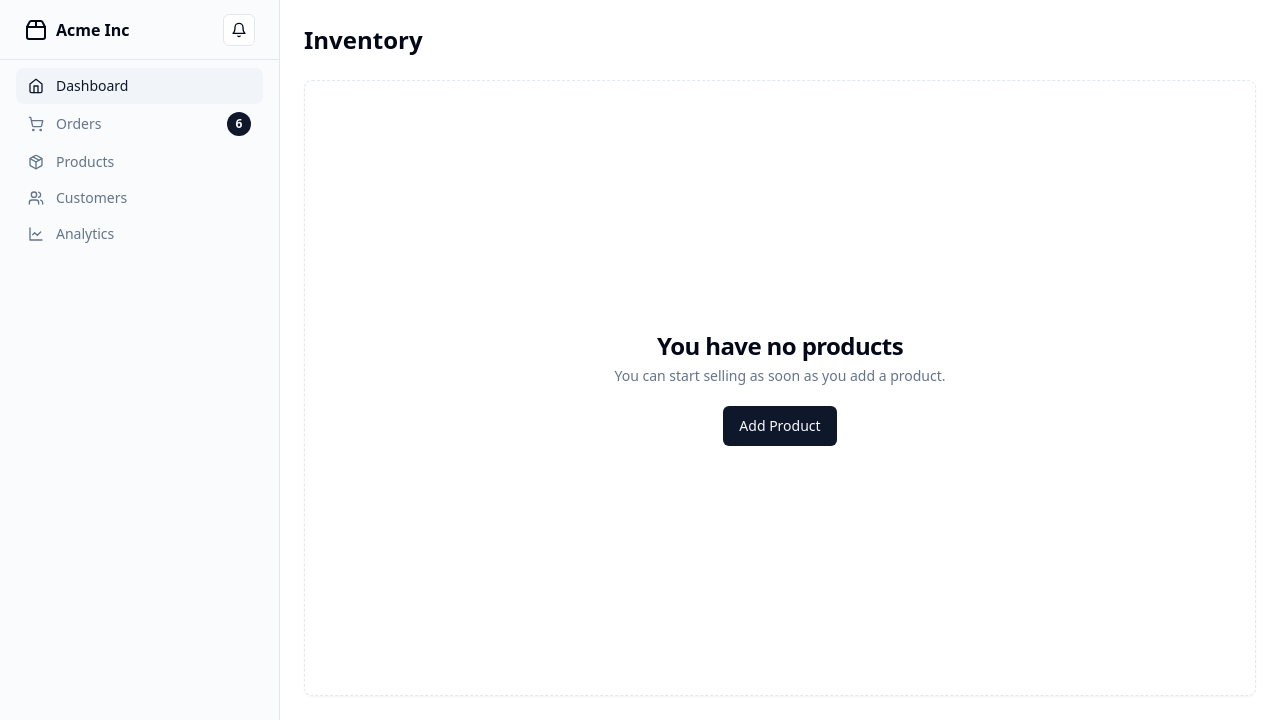
Repository: ifeanyidavid/yabta
Page: /dashboard (app in frontend/)
These files come from the project's save history. The page is drawn as it stood at one moment and after a run of saves; the edit follows.
The browser window is 1280 px wide. The pictures show the whole page.
The project was rebuilt for these pictures with package versions that can differ from the ones it lists, and the page was loaded fresh each time. Also part of the build but not shown: frontend/vite.config.ts, frontend/src/components/ui/card.tsx, frontend/src/components/ui/label.tsx, frontend/src/components/ui/input.tsx, frontend/src/components/auth/login-form.tsx, frontend/src/pages/Login/index.tsx, frontend/src/routes/root.tsx, frontend/src/routes/error-page.tsx and 6 more.

Above is the page before, as saved 2024-07-13 04:03:37.

### frontend/src/main.tsx
import React from "react";
import ReactDOM from "react-dom/client";
import { createBrowserRouter, RouterProvider } from "react-router-dom";
import "@/styles/global.css";
import Root from "@/routes/root";
import ErrorPage from "@/routes/error-page";
import { Dashboard as DashboardRoute } from "@/routes/dashboard";
import { Register as RegisterRoute } from "@/routes/register";
import { ForgotPassword as ForgotPasswordRoute } from "@/routes/forgot-password";

const router = createBrowserRouter([
  {
    path: "/",
    element: <Root />,
    errorElement: <ErrorPage />,
  },
  {
    path: "/register",
    element: <RegisterRoute />,
    errorElement: <ErrorPage />,
  },
  {
    path: "/forgot-password",
    element: <ForgotPasswordRoute />,
    errorElement: <ErrorPage />,
  },
  {
    path: "/dashboard",
    element: <DashboardRoute />,
    errorElement: <ErrorPage />,
  },
]);

ReactDOM.createRoot(document.getElementById("root")!).render(
  <React.StrictMode>
    <RouterProvider router={router} />
  </React.StrictMode>
);

### frontend/src/styles/global.css
@tailwind base;
  @tailwind components;
  @tailwind utilities;

  @layer base {
    :root {
      --background: 0 0% 100%;
      --foreground: 222.2 84% 4.9%;
      --card: 0 0% 100%;
      --card-foreground: 222.2 84% 4.9%;
      --popover: 0 0% 100%;
      --popover-foreground: 222.2 84% 4.9%;
      --primary: 222.2 47.4% 11.2%;
      --primary-foreground: 210 40% 98%;
      --secondary: 210 40% 96.1%;
      --secondary-foreground: 222.2 47.4% 11.2%;
      --muted: 210 40% 96.1%;
      --muted-foreground: 215.4 16.3% 46.9%;
      --accent: 210 40% 96.1%;
      --accent-foreground: 222.2 47.4% 11.2%;
      --destructive: 0 84.2% 60.2%;
      --destructive-foreground: 210 40% 98%;
      --border: 214.3 31.8% 91.4%;
      --input: 214.3 31.8% 91.4%;
      --ring: 222.2 84% 4.9%;
      --radius: 0.5rem;
      --chart-1: 12 76% 61%;
      --chart-2: 173 58% 39%;
      --chart-3: 197 37% 24%;
      --chart-4: 43 74% 66%;
      --chart-5: 27 87% 67%;
    }

    .dark {
      --background: 222.2 84% 4.9%;
      --foreground: 210 40% 98%;
      --card: 222.2 84% 4.9%;
      --card-foreground: 210 40% 98%;
      --popover: 222.2 84% 4.9%;
      --popover-foreground: 210 40% 98%;
      --primary: 210 40% 98%;
      --primary-foreground: 222.2 47.4% 11.2%;
      --secondary: 217.2 32.6% 17.5%;
      --secondary-foreground: 210 40% 98%;
      --muted: 217.2 32.6% 17.5%;
      --muted-foreground: 215 20.2% 65.1%;
      --accent: 217.2 32.6% 17.5%;
      --accent-foreground: 210 40% 98%;
      --destructive: 0 62.8% 30.6%;
      --destructive-foreground: 210 40% 98%;
      --border: 217.2 32.6% 17.5%;
      --input: 217.2 32.6% 17.5%;
      --ring: 212.7 26.8% 83.9%;
      --chart-1: 220 70% 50%;
      --chart-2: 160 60% 45%;
      --chart-3: 30 80% 55%;
      --chart-4: 280 65% 60%;
      --chart-5: 340 75% 55%;
    }
  }

  @layer base {
    * {
      @apply border-border;
    }
    body {
      @apply bg-background text-foreground;
    }
  }

### frontend/src/routes/dashboard.tsx
import React from "react";
import { Dashboard as DashboardPage } from "@/pages/Dashboard";

export const Dashboard: React.FC = () => {
  return <DashboardPage />;
};

### frontend/src/pages/Dashboard/index.tsx
import { NavLink, navigate, useNavigate } from "react-router-dom";
import { Button } from "@/components/ui/button";
import { Badge } from "@/components/ui/badge";
import {
  Card,
  CardHeader,
  CardTitle,
  CardDescription,
  CardContent,
} from "@/components/ui/card";
import { Sheet, SheetTrigger, SheetContent } from "@/components/ui/sheet";
import { Input } from "@/components/ui/input";
import {
  DropdownMenu,
  DropdownMenuTrigger,
  DropdownMenuContent,
  DropdownMenuLabel,
  DropdownMenuSeparator,
  DropdownMenuItem,
} from "@/components/ui/dropdown-menu";

const Sidebar: React.FC = () => {
  return (
    <div className="flex h-full max-h-screen flex-col gap-2">
      <div className="flex h-14 items-center border-b px-4 lg:h-[60px] lg:px-6">
        <NavLink to="#" className="flex items-center gap-2 font-semibold">
          <Package2Icon className="h-6 w-6" />
          <span className="">Acme Inc</span>
        </NavLink>
        <Button variant="outline" size="icon" className="ml-auto h-8 w-8">
          <BellIcon className="h-4 w-4" />
          <span className="sr-only">Toggle notifications</span>
        </Button>
      </div>
      <div className="flex-1">
        <nav className="grid items-start px-2 text-sm font-medium lg:px-4">
          <NavLink
            to="#"
            className="flex items-center gap-3 rounded-lg bg-muted px-3 py-2 text-primary transition-all hover:text-primary"
          >
            <HomeIcon className="h-4 w-4" />
            Dashboard
          </NavLink>
          <NavLink
            to="#"
            className="flex items-center gap-3 rounded-lg px-3 py-2 text-muted-foreground transition-all hover:text-primary"
          >
            <ShoppingCartIcon className="h-4 w-4" />
            Orders
            <Badge className="ml-auto flex h-6 w-6 shrink-0 items-center justify-center rounded-full">
              6
            </Badge>
          </NavLink>
          <NavLink
            to="#"
            className="flex items-center gap-3 rounded-lg px-3 py-2 text-muted-foreground transition-all hover:text-primary"
          >
            <PackageIcon className="h-4 w-4" />
            Products{" "}
          </NavLink>
          <NavLink
            to="#"
            className="flex items-center gap-3 rounded-lg px-3 py-2 text-muted-foreground transition-all hover:text-primary"
          >
            <UsersIcon className="h-4 w-4" />
            Customers
          </NavLink>
          <NavLink
            to="#"
            className="flex items-center gap-3 rounded-lg px-3 py-2 text-muted-foreground transition-all hover:text-primary"
          >
            <LineChartIcon className="h-4 w-4" />
            Analytics
          </NavLink>
        </nav>
      </div>
    </div>
  );
};

const SidebarMobile: React.FC = () => {
  return (
    <Sheet>
      <SheetTrigger asChild>
        <Button variant="outline" size="icon" className="shrink-0 md:hidden">
          <MenuIcon className="h-5 w-5" />
          <span className="sr-only">Toggle navigation menu</span>
        </Button>
      </SheetTrigger>
      <SheetContent side="left" className="flex flex-col">
        <nav className="grid gap-2 text-lg font-medium">
          <NavLink
            to="#"
            className="flex items-center gap-2 text-lg font-semibold"
          >
            <Package2Icon className="h-6 w-6" />
            <span className="sr-only">Acme Inc</span>
          </NavLink>
          <NavLink
            to="#"
            className="mx-[-0.65rem] flex items-center gap-4 rounded-xl px-3 py-2 text-muted-foreground hover:text-foreground"
          >
            <HomeIcon className="h-5 w-5" />
            Dashboard
          </NavLink>
          <NavLink
            to="#"
            className="mx-[-0.65rem] flex items-center gap-4 rounded-xl bg-muted px-3 py-2 text-foreground hover:text-foreground"
          >
            <ShoppingCartIcon className="h-5 w-5" />
            Orders
            <Badge className="ml-auto flex h-6 w-6 shrink-0 items-center justify-center rounded-full">
              6
            </Badge>
          </NavLink>
          <NavLink
            to="#"
            className="mx-[-0.65rem] flex items-center gap-4 rounded-xl px-3 py-2 text-muted-foreground hover:text-foreground"
          >
            <PackageIcon className="h-5 w-5" />
            Products
          </NavLink>
          <NavLink
            to="#"
            className="mx-[-0.65rem] flex items-center gap-4 rounded-xl px-3 py-2 text-muted-foreground hover:text-foreground"
          >
            <UsersIcon className="h-5 w-5" />
            Customers
          </NavLink>
          <NavLink
            to="#"
            className="mx-[-0.65rem] flex items-center gap-4 rounded-xl px-3 py-2 text-muted-foreground hover:text-foreground"
          >
            <LineChartIcon className="h-5 w-5" />
            Analytics
          </NavLink>
        </nav>
        <div className="mt-auto">
          <Card>
            <CardHeader>
              <CardTitle>Upgrade to Pro</CardTitle>
              <CardDescription>
                Unlock all features and get unlimited access to our support
                team.
              </CardDescription>
            </CardHeader>
            <CardContent>
              <Button size="sm" className="w-full">
                Upgrade
              </Button>
            </CardContent>
          </Card>
        </div>
      </SheetContent>
    </Sheet>
  );
};

export const Dashboard: React.FC = () => {
  const navigate = useNavigate();
  return (
    <div className="grid min-h-screen w-full md:grid-cols-[220px_1fr] lg:grid-cols-[280px_1fr]">
      <div className="hidden border-r bg-muted/40 md:block">
        <Sidebar />
      </div>
      <div className="flex flex-col">

        <main className="flex flex-1 flex-col gap-4 p-4 lg:gap-6 lg:p-6">
          <div className="flex items-center">
            <h1 className="text-lg font-semibold md:text-2xl">Inventory</h1>
          </div>
          <div
            className="flex flex-1 items-center justify-center rounded-lg border border-dashed shadow-sm"
            x-chunk="dashboard-02-chunk-1"
          >
            <div className="flex flex-col items-center gap-1 text-center">
              <h3 className="text-2xl font-bold tracking-tight">
                You have no products
              </h3>
              <p className="text-sm text-muted-foreground">
                You can start selling as soon as you add a product.
              </p>
              <Button className="mt-4">Add Product</Button>
            </div>
          </div>
        </main>
      </div>
    </div>
  );
};

function BellIcon(props) {
  return (
    <svg
      {...props}
      xmlns="http://www.w3.org/2000/svg"
      width="24"
      height="24"
      viewBox="0 0 24 24"
      fill="none"
      stroke="currentColor"
      strokeWidth="2"
      strokeLinecap="round"
      strokeLinejoin="round"
    >
      <path d="M6 8a6 6 0 0 1 12 0c0 7 3 9 3 9H3s3-2 3-9" />
      <path d="M10.3 21a1.94 1.94 0 0 0 3.4 0" />
    </svg>
  );
}

function CircleUserIcon(props) {
  return (
    <svg
      {...props}
      xmlns="http://www.w3.org/2000/svg"
      width="24"
      height="24"
      viewBox="0 0 24 24"
      fill="none"
      stroke="currentColor"
      strokeWidth="2"
      strokeLinecap="round"
      strokeLinejoin="round"
    >
      <circle cx="12" cy="12" r="10" />
      <circle cx="12" cy="10" r="3" />
      <path d="M7 20.662V19a2 2 0 0 1 2-2h6a2 2 0 0 1 2 2v1.662" />
    </svg>
  );
}

function HomeIcon(props) {
  return (
    <svg
      {...props}
      xmlns="http://www.w3.org/2000/svg"
      width="24"
      height="24"
      viewBox="0 0 24 24"
      fill="none"
      stroke="currentColor"
      strokeWidth="2"
      strokeLinecap="round"
      strokeLinejoin="round"
    >
      <path d="m3 9 9-7 9 7v11a2 2 0 0 1-2 2H5a2 2 0 0 1-2-2z" />
      <polyline points="9 22 9 12 15 12 15 22" />
    </svg>
  );
}

function LineChartIcon(props) {
  return (
    <svg
      {...props}
      xmlns="http://www.w3.org/2000/svg"
      width="24"
      height="24"
      viewBox="0 0 24 24"
      fill="none"
      stroke="currentColor"
      strokeWidth="2"
      strokeLinecap="round"
      strokeLinejoin="round"
    >
      <path d="M3 3v18h18" />
      <path d="m19 9-5 5-4-4-3 3" />
    </svg>
  );
}

function MenuIcon(props) {
  return (
    <svg
      {...props}
      xmlns="http://www.w3.org/2000/svg"
      width="24"
      height="24"
      viewBox="0 0 24 24"
      fill="none"
      stroke="currentColor"
      strokeWidth="2"
      strokeLinecap="round"
      strokeLinejoin="round"
    >
      <line x1="4" x2="20" y1="12" y2="12" />
      <line x1="4" x2="20" y1="6" y2="6" />
      <line x1="4" x2="20" y1="18" y2="18" />
    </svg>
  );
}

function Package2Icon(props) {
  return (
    <svg
      {...props}
      xmlns="http://www.w3.org/2000/svg"
      width="24"
      height="24"
      viewBox="0 0 24 24"
      fill="none"
      stroke="currentColor"
      strokeWidth="2"
      strokeLinecap="round"
      strokeLinejoin="round"
    >
      <path d="M3 9h18v10a2 2 0 0 1-2 2H5a2 2 0 0 1-2-2V9Z" />
      <path d="m3 9 2.45-4.9A2 2 0 0 1 7.24 3h9.52a2 2 0 0 1 1.8 1.1L21 9" />
      <path d="M12 3v6" />
    </svg>
  );
}

function PackageIcon(props) {
  return (
    <svg
      {...props}
      xmlns="http://www.w3.org/2000/svg"
      width="24"
      height="24"
      viewBox="0 0 24 24"
      fill="none"
      stroke="currentColor"
      strokeWidth="2"
      strokeLinecap="round"
      strokeLinejoin="round"
    >
      <path d="m7.5 4.27 9 5.15" />
      <path d="M21 8a2 2 0 0 0-1-1.73l-7-4a2 2 0 0 0-2 0l-7 4A2 2 0 0 0 3 8v8a2 2 0 0 0 1 1.73l7 4a2 2 0 0 0 2 0l7-4A2 2 0 0 0 21 16Z" />
      <path d="m3.3 7 8.7 5 8.7-5" />
      <path d="M12 22V12" />
    </svg>
  );
}

function SearchIcon(props) {
  return (
    <svg
      {...props}
      xmlns="http://www.w3.org/2000/svg"
      width="24"
      height="24"
      viewBox="0 0 24 24"
      fill="none"
      stroke="currentColor"
      strokeWidth="2"
      strokeLinecap="round"
      strokeLinejoin="round"
    >
      <circle cx="11" cy="11" r="8" />
      <path d="m21 21-4.3-4.3" />
    </svg>
  );
}

function ShoppingCartIcon(props) {
  return (
    <svg
      {...props}
      xmlns="http://www.w3.org/2000/svg"
      width="24"
      height="24"
      viewBox="0 0 24 24"
      fill="none"
      stroke="currentColor"
      strokeWidth="2"
      strokeLinecap="round"
      strokeLinejoin="round"
    >
      <circle cx="8" cy="21" r="1" />
      <circle cx="19" cy="21" r="1" />
      <path d="M2.05 2.05h2l2.66 12.42a2 2 0 0 0 2 1.58h9.78a2 2 0 0 0 1.95-1.57l1.65-7.43H5.12" />
    </svg>
  );
}

function UsersIcon(props) {
  return (
    <svg
      {...props}
      xmlns="http://www.w3.org/2000/svg"
      width="24"
      height="24"
      viewBox="0 0 24 24"
      fill="none"
      stroke="currentColor"
      strokeWidth="2"
      strokeLinecap="round"
      strokeLinejoin="round"
    >
      <path d="M16 21v-2a4 4 0 0 0-4-4H6a4 4 0 0 0-4 4v2" />
      <circle cx="9" cy="7" r="4" />
      <path d="M22 21v-2a4 4 0 0 0-3-3.87" />
      <path d="M16 3.13a4 4 0 0 1 0 7.75" />
    </svg>
  );
}

function XIcon(props) {
  return (
    <svg
      {...props}
      xmlns="http://www.w3.org/2000/svg"
      width="24"
      height="24"
      viewBox="0 0 24 24"
      fill="none"
      stroke="currentColor"
      strokeWidth="2"
      strokeLinecap="round"
      strokeLinejoin="round"
    >
      <path d="M18 6 6 18" />
      <path d="m6 6 12 12" />
    </svg>
  );
}

### frontend/src/components/ui/button.tsx
import * as React from "react"
import { Slot } from "@radix-ui/react-slot"
import { cva, type VariantProps } from "class-variance-authority"

import { cn } from "@/lib/utils"

const buttonVariants = cva(
  "inline-flex items-center justify-center whitespace-nowrap rounded-md text-sm font-medium ring-offset-background transition-colors focus-visible:outline-none focus-visible:ring-2 focus-visible:ring-ring focus-visible:ring-offset-2 disabled:pointer-events-none disabled:opacity-50",
  {
    variants: {
      variant: {
        default: "bg-primary text-primary-foreground hover:bg-primary/90",
        destructive:
          "bg-destructive text-destructive-foreground hover:bg-destructive/90",
        outline:
          "border border-input bg-background hover:bg-accent hover:text-accent-foreground",
        secondary:
          "bg-secondary text-secondary-foreground hover:bg-secondary/80",
        ghost: "hover:bg-accent hover:text-accent-foreground",
        link: "text-primary underline-offset-4 hover:underline",
      },
      size: {
        default: "h-10 px-4 py-2",
        sm: "h-9 rounded-md px-3",
        lg: "h-11 rounded-md px-8",
        icon: "h-10 w-10",
      },
    },
    defaultVariants: {
      variant: "default",
      size: "default",
    },
  }
)

export interface ButtonProps
  extends React.ButtonHTMLAttributes<HTMLButtonElement>,
    VariantProps<typeof buttonVariants> {
  asChild?: boolean
}

const Button = React.forwardRef<HTMLButtonElement, ButtonProps>(
  ({ className, variant, size, asChild = false, ...props }, ref) => {
    const Comp = asChild ? Slot : "button"
    return (
      <Comp
        className={cn(buttonVariants({ variant, size, className }))}
        ref={ref}
        {...props}
      />
    )
  }
)
Button.displayName = "Button"

export { Button, buttonVariants }

### frontend/src/components/ui/badge.tsx
import * as React from "react"
import { cva, type VariantProps } from "class-variance-authority"

import { cn } from "@/lib/utils"

const badgeVariants = cva(
  "inline-flex items-center rounded-full border px-2.5 py-0.5 text-xs font-semibold transition-colors focus:outline-none focus:ring-2 focus:ring-ring focus:ring-offset-2",
  {
    variants: {
      variant: {
        default:
          "border-transparent bg-primary text-primary-foreground hover:bg-primary/80",
        secondary:
          "border-transparent bg-secondary text-secondary-foreground hover:bg-secondary/80",
        destructive:
          "border-transparent bg-destructive text-destructive-foreground hover:bg-destructive/80",
        outline: "text-foreground",
      },
    },
    defaultVariants: {
      variant: "default",
    },
  }
)

export interface BadgeProps
  extends React.HTMLAttributes<HTMLDivElement>,
    VariantProps<typeof badgeVariants> {}

function Badge({ className, variant, ...props }: BadgeProps) {
  return (
    <div className={cn(badgeVariants({ variant }), className)} {...props} />
  )
}

export { Badge, badgeVariants }

### frontend/src/components/ui/sheet.tsx
"use client"

import * as React from "react"
import * as SheetPrimitive from "@radix-ui/react-dialog"
import { cva, type VariantProps } from "class-variance-authority"
import { X } from "lucide-react"

import { cn } from "@/lib/utils"

const Sheet = SheetPrimitive.Root

const SheetTrigger = SheetPrimitive.Trigger

const SheetClose = SheetPrimitive.Close

const SheetPortal = SheetPrimitive.Portal

const SheetOverlay = React.forwardRef<
  React.ElementRef<typeof SheetPrimitive.Overlay>,
  React.ComponentPropsWithoutRef<typeof SheetPrimitive.Overlay>
>(({ className, ...props }, ref) => (
  <SheetPrimitive.Overlay
    className={cn(
      "fixed inset-0 z-50 bg-black/80  data-[state=open]:animate-in data-[state=closed]:animate-out data-[state=closed]:fade-out-0 data-[state=open]:fade-in-0",
      className
    )}
    {...props}
    ref={ref}
  />
))
SheetOverlay.displayName = SheetPrimitive.Overlay.displayName

const sheetVariants = cva(
  "fixed z-50 gap-4 bg-background p-6 shadow-lg transition ease-in-out data-[state=open]:animate-in data-[state=closed]:animate-out data-[state=closed]:duration-300 data-[state=open]:duration-500",
  {
    variants: {
      side: {
        top: "inset-x-0 top-0 border-b data-[state=closed]:slide-out-to-top data-[state=open]:slide-in-from-top",
        bottom:
          "inset-x-0 bottom-0 border-t data-[state=closed]:slide-out-to-bottom data-[state=open]:slide-in-from-bottom",
        left: "inset-y-0 left-0 h-full w-3/4 border-r data-[state=closed]:slide-out-to-left data-[state=open]:slide-in-from-left sm:max-w-sm",
        right:
          "inset-y-0 right-0 h-full w-3/4  border-l data-[state=closed]:slide-out-to-right data-[state=open]:slide-in-from-right sm:max-w-sm",
      },
    },
    defaultVariants: {
      side: "right",
    },
  }
)

interface SheetContentProps
  extends React.ComponentPropsWithoutRef<typeof SheetPrimitive.Content>,
    VariantProps<typeof sheetVariants> {}

const SheetContent = React.forwardRef<
  React.ElementRef<typeof SheetPrimitive.Content>,
  SheetContentProps
>(({ side = "right", className, children, ...props }, ref) => (
  <SheetPortal>
    <SheetOverlay />
    <SheetPrimitive.Content
      ref={ref}
      className={cn(sheetVariants({ side }), className)}
      {...props}
    >
      {children}
      <SheetPrimitive.Close className="absolute right-4 top-4 rounded-sm opacity-70 ring-offset-background transition-opacity hover:opacity-100 focus:outline-none focus:ring-2 focus:ring-ring focus:ring-offset-2 disabled:pointer-events-none data-[state=open]:bg-secondary">
        <X className="h-4 w-4" />
        <span className="sr-only">Close</span>
      </SheetPrimitive.Close>
    </SheetPrimitive.Content>
  </SheetPortal>
))
SheetContent.displayName = SheetPrimitive.Content.displayName

const SheetHeader = ({
  className,
  ...props
}: React.HTMLAttributes<HTMLDivElement>) => (
  <div
    className={cn(
      "flex flex-col space-y-2 text-center sm:text-left",
      className
    )}
    {...props}
  />
)
SheetHeader.displayName = "SheetHeader"

const SheetFooter = ({
  className,
  ...props
}: React.HTMLAttributes<HTMLDivElement>) => (
  <div
    className={cn(
      "flex flex-col-reverse sm:flex-row sm:justify-end sm:space-x-2",
      className
    )}
    {...props}
  />
)
SheetFooter.displayName = "SheetFooter"

const SheetTitle = React.forwardRef<
  React.ElementRef<typeof SheetPrimitive.Title>,
  React.ComponentPropsWithoutRef<typeof SheetPrimitive.Title>
>(({ className, ...props }, ref) => (
  <SheetPrimitive.Title
    ref={ref}
    className={cn("text-lg font-semibold text-foreground", className)}
    {...props}
  />
))
SheetTitle.displayName = SheetPrimitive.Title.displayName

const SheetDescription = React.forwardRef<
  React.ElementRef<typeof SheetPrimitive.Description>,
  React.ComponentPropsWithoutRef<typeof SheetPrimitive.Description>
>(({ className, ...props }, ref) => (
  <SheetPrimitive.Description
    ref={ref}
    className={cn("text-sm text-muted-foreground", className)}
    {...props}
  />
))
SheetDescription.displayName = SheetPrimitive.Description.displayName

export {
  Sheet,
  SheetPortal,
  SheetOverlay,
  SheetTrigger,
  SheetClose,
  SheetContent,
  SheetHeader,
  SheetFooter,
  SheetTitle,
  SheetDescription,
}

Loaded but not shown: frontend/index.html (common file); frontend/src/lib/utils.ts (common file); frontend/tailwind.config.js (common file); frontend/src/components/ui/dropdown-menu.tsx (200 lines, source omitted)

After the next 7 saves:
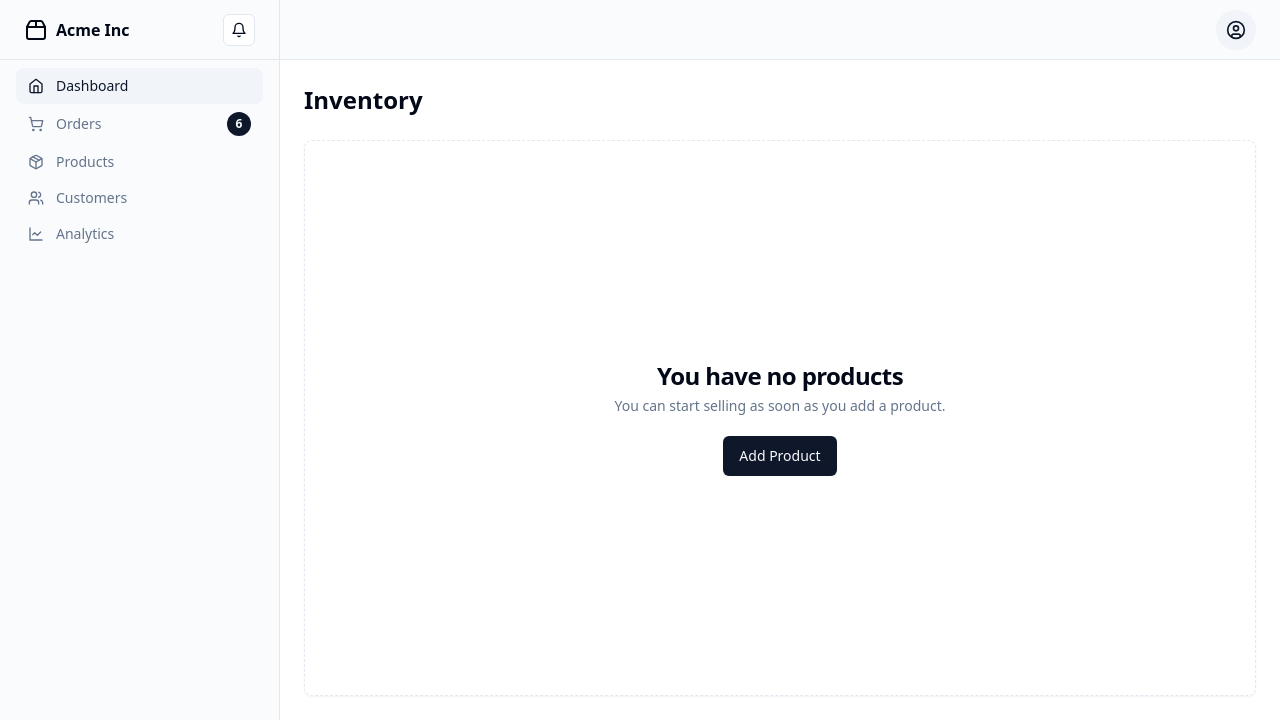
The 7 saves are shown as one change because 1 did not build or start and some came seconds apart.
The last was saved 23 s later.
--- a/frontend/src/pages/Dashboard/index.tsx
+++ b/frontend/src/pages/Dashboard/index.tsx
@@ -156,6 +156,34 @@ const SidebarMobile: React.FC = () => {
   );
 };
 
+const Header: React.FC = () => {
+  return (
+    <header className="flex h-14 items-center gap-4 border-b bg-muted/40 px-4 lg:h-[60px] lg:px-6">
+      <SidebarMobile />
+      <div className="w-full flex justify-end">
+        <DropdownMenu>
+          <DropdownMenuTrigger asChild>
+            <Button variant="secondary" size="icon" className="rounded-full">
+              <CircleUserIcon className="h-5 w-5" />
+              <span className="sr-only">Toggle user menu</span>
+            </Button>
+          </DropdownMenuTrigger>
+          <DropdownMenuContent align="end">
+            <DropdownMenuLabel>My Account</DropdownMenuLabel>
+            <DropdownMenuSeparator />
+            <DropdownMenuItem>Settings</DropdownMenuItem>
+            <DropdownMenuItem>Support</DropdownMenuItem>
+            <DropdownMenuSeparator />
+            <DropdownMenuItem onSelect={() => navigate("/")}>
+              Logout
+            </DropdownMenuItem>
+          </DropdownMenuContent>
+        </DropdownMenu>
+      </div>
+    </header>
+  );
+};
+
 export const Dashboard: React.FC = () => {
   const navigate = useNavigate();
   return (
@@ -164,7 +192,7 @@ export const Dashboard: React.FC = () => {
         <Sidebar />
       </div>
       <div className="flex flex-col">
-
+        <Header />
         <main className="flex flex-1 flex-col gap-4 p-4 lg:gap-6 lg:p-6">
           <div className="flex items-center">
             <h1 className="text-lg font-semibold md:text-2xl">Inventory</h1>
